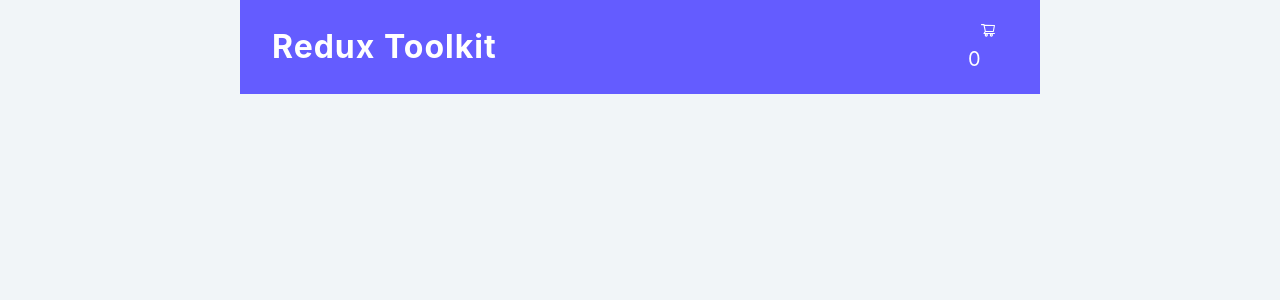
Repository: Nurlan-Bakenbaev/ReduxToolit
Page: /
An editor plug-in stored every save of this project. The page is shown before and after the next save, followed by the edit.
The browser window is 1280 px wide. The pictures show the whole page.
The project was rebuilt for these pictures with package versions that can differ from the ones it lists, and the page was loaded fresh each time.

Above is the page before, as saved 2023-11-08 12:45:45.

### src/index.js
import React from "react";
import { createRoot } from "react-dom/client";
import "./index.css";
import App from "./App";
import store from "./redux/store";
import { Provider } from "react-redux";
const container = document.getElementById("root");
const root = createRoot(container);

root.render(
  <React.StrictMode>
    <Provider store={store}>
      <App />
    </Provider>
  </React.StrictMode>
);

### src/App.js
import React from "react";
import Navbar from "./components/Navbar";
function App() {
  return (
    <div>
      <Navbar />
    </div>
  );
}
export default App;

### src/redux/store.js
import { configureStore } from "@reduxjs/toolkit";
import cartReducer from "./features/cartSlice";
const store = configureStore({
  reducer: {
    cart: cartReducer },
});
export default store;

### src/components/Navbar.js
import React from "react";
import { AiOutlineShoppingCart } from "react-icons/ai";
import { useSelector} from "react-redux";
const Navbar = () => {
  const { amount } = useSelector((store) => store.cart);
  return (
    <nav className="nav-center">
      <h3> Redux Toolkit</h3>
      <div className="nav-container">
      <AiOutlineShoppingCart />
        <div className="nav-">
        <p className="total-amount">{amount}</p>
        </div>

      </div>
    </nav>
  );
};
export default Navbar;

### src/redux/features/cartSlice.js
import { createSlice } from "@reduxjs/toolkit";
const initialState = {
  cartItems: [],
  amount: 0,
  total: 0,
  isLoading: true,
};
const cartSlice = createSlice({
  name: "cart",
  initialState,
});
export default cartSlice.reducer;

Loaded but not shown: public/index.html (common file); src/index.css (common file)

After the next save:
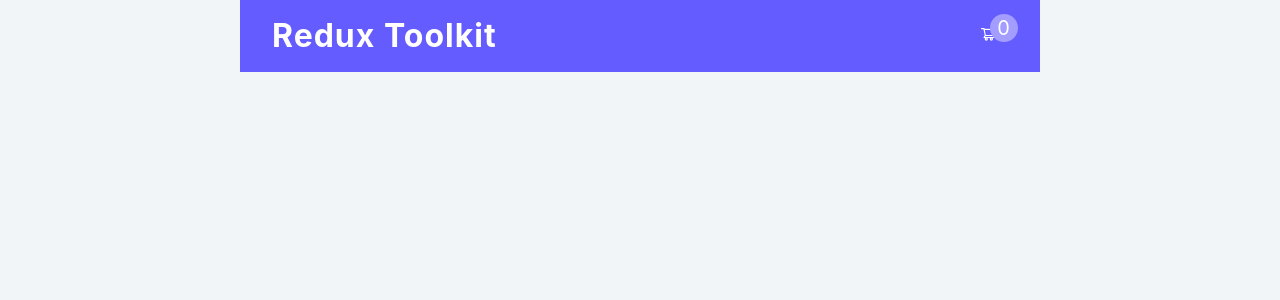
Saved 12 s later.
--- a/src/components/Navbar.js
+++ b/src/components/Navbar.js
@@ -8,7 +8,7 @@
       <h3> Redux Toolkit</h3>
       <div className="nav-container">
       <AiOutlineShoppingCart />
-        <div className="nav-">
+        <div className="amount-container">
         <p className="total-amount">{amount}</p>
         </div>
 
